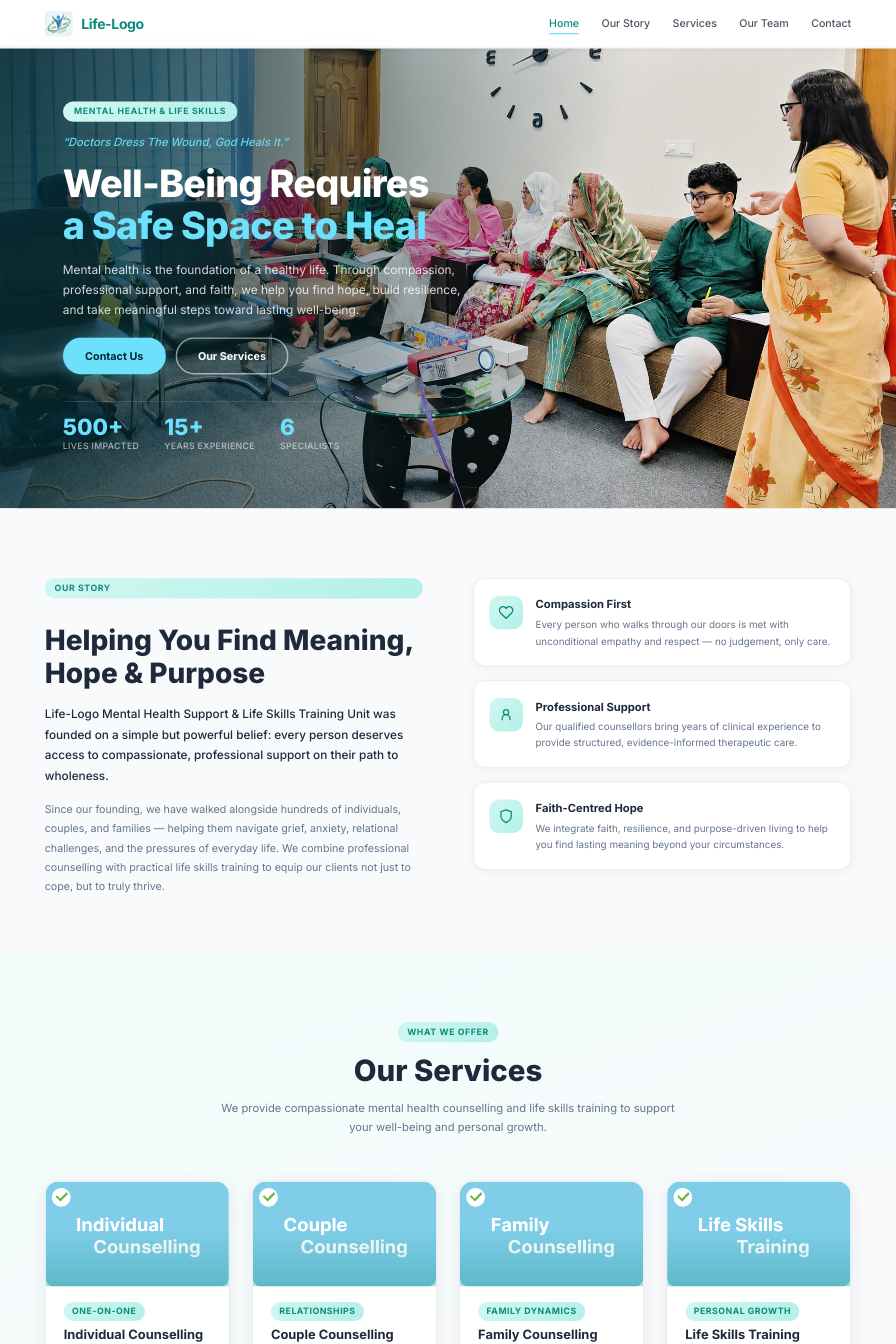
Repository: Tan47s/Lifelogo
Page: /
An editor plug-in stored every save of this project. The page is shown before and after the next save, followed by the edit.
The browser window is 1280 px wide. The pictures show the part of the page from y = 0 to 1920 px (the page is 6284 px tall), at 70% of full size.
The project was rebuilt for these pictures with package versions that can differ from the ones it lists, and the page was loaded fresh each time. Also part of the build but not shown: vite.config.js.

Above is the page before, as saved 2026-08-24 12:29:06.

After the next save:
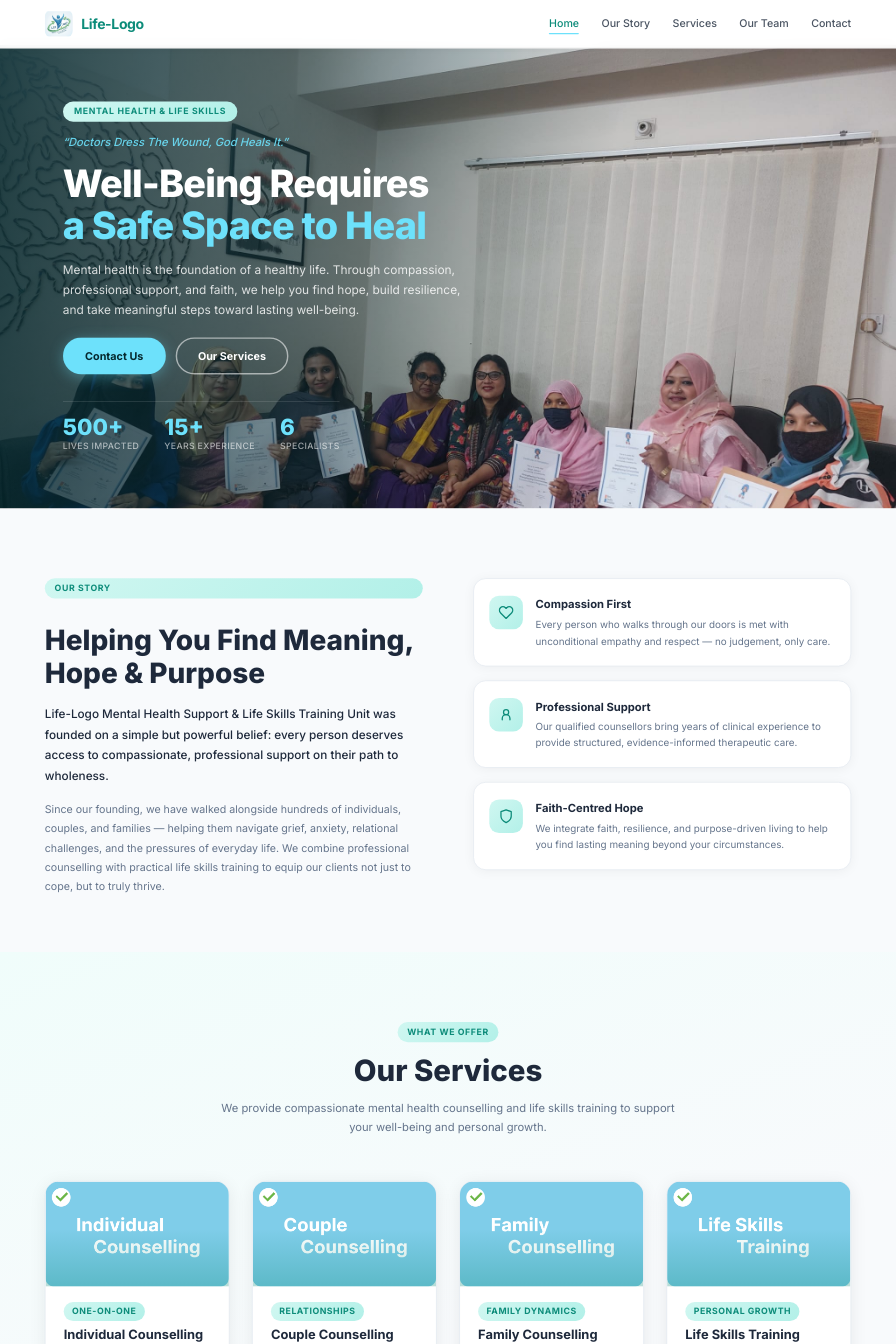
Saved 49 s later.
--- a/src/comp/Herocon.jsx
+++ b/src/comp/Herocon.jsx
@@ -1,6 +1,6 @@
 import './herocon.css'
 import Hero from '../assets/hero3.jpg'
-import bg from '../assets/workshop/bg.png'
+import bg from '../assets/workshop/ww1.jpeg'
 const stats = [
   { value: '500+', label: 'Lives Impacted' },
   { value: '15+', label: 'Years Experience' },
